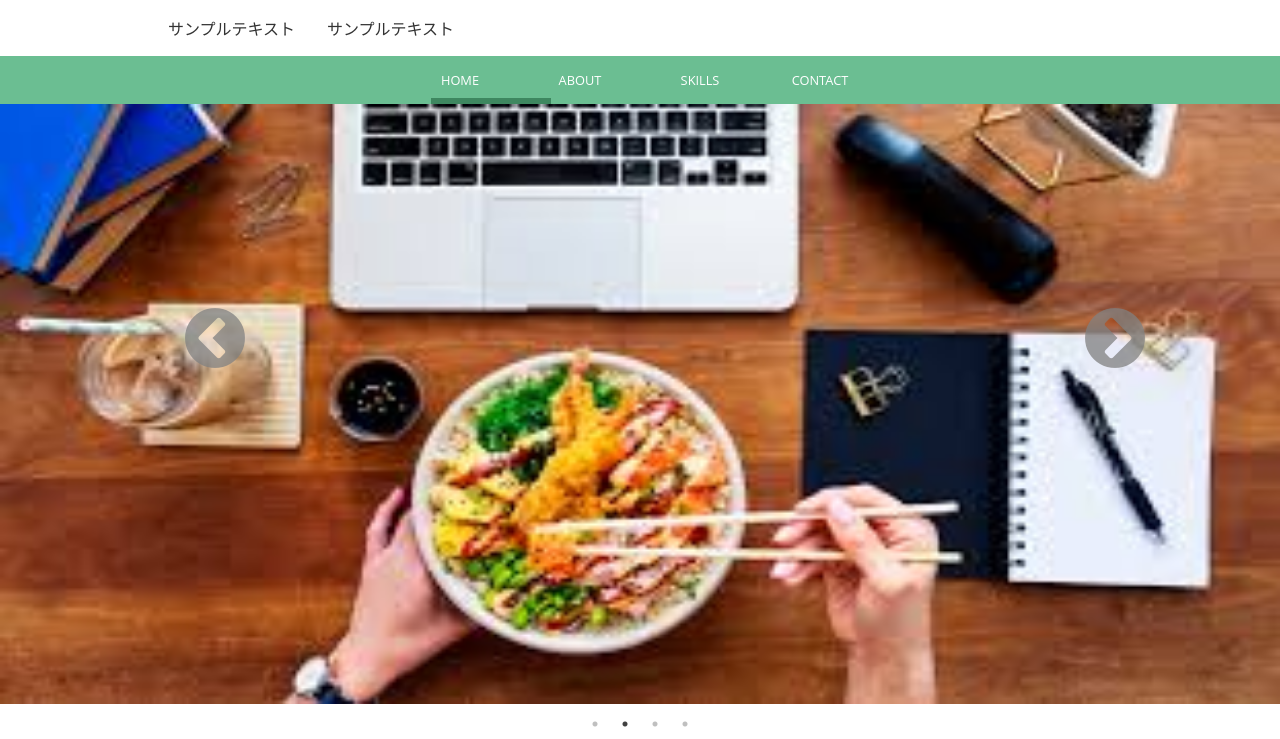
Repository: naotarian/bcc-service
Page: http://localhost/
The author's editor kept a record of every edit. The page is drawn from the files as they stood at one moment, then again after the next edit.
The browser window is 1280 px wide. The pictures show the whole page.
The page is served by the project's Laravel application, run on PHP 8.4 with Laravel 8. Other server files are loaded and not shown. Style sheets and scripts are compiled from the project's sources, by tool versions that may differ from the author's.

Above is the page before.

### routes/web.php
<?php

use Illuminate\Support\Facades\Route;
use App\Http\Controllers\DynamicController;
/*
|--------------------------------------------------------------------------
| Web Routes
|--------------------------------------------------------------------------
|
| Here is where you can register web routes for your application. These
| routes are loaded by the RouteServiceProvider within a group which
| contains the "web" middleware group. Now create something great!
|
*/

// Route::get('/', function () {
//     return view('welcome');
// });
Route::get('/', [DynamicController::class, 'index']);

### app/Http/Controllers/DynamicController.php
<?php

namespace App\Http\Controllers;

use Illuminate\Http\Request;

class DynamicController extends Controller
{
    public function index() {
        return view('index');
    }
}

### resources/views/index.blade.php
<!DOCTYPE html>
<html lang="en">
<head>
    <meta charset="UTF-8">
    <meta name="viewport" content="width=device-width, initial-scale=1.0">
    <link href="{{ asset('/css/style.css') }}" rel="stylesheet">
    <link href="/css/slider.css" rel="stylesheet">
    <link href="/css/slick/slick-theme.css" rel="stylesheet">
    <link href="/css/slick/slick.css" rel="stylesheet">
    <title>Document</title>
</head>
<body>
    @include('template.header')
    <ul class="slider">
      <li><img src="/images/pc/top/deli.jpeg"></li>
      <li><img src="/images/pc/top/hell.jpeg"></li>
      <li><img src="/images/pc/top/deli.jpeg"></li>
      <li><img src="/images/pc/top/hell.jpeg"></li>
    </ul>
    <script src="https://ajax.googleapis.com/ajax/libs/jquery/3.6.0/jquery.min.js"></script>
    <script src="js/slick.js"></script>
    <script>
        $(document).ready(function(){
          $('.slider').slick({
          dots: true,
          autoplay: true,
          });
        });
    </script>
</body>
</html>

### resources/views/template/header.blade.php
<!DOCTYPE html>
<html lang="en">
<head>
    <meta charset="UTF-8">
    <meta name="viewport" content="width=device-width, initial-scale=1.0">
    <link href="{{ asset('/css/style.css') }}" rel="stylesheet">
    <title>Document</title>
</head>
<body>
  <div class="pconly">
    <div class="over_header">
        <ul>
            <li>サンプルテキスト</li>
            <li>サンプルテキスト</li>
        </ul>
    </div>
    <nav>
      <ul id="main">
        <li>Home</li>
        <li>About</li>
        <li>Skills
          <ul class="drop">
            <div>
            <li>scss</li>
            <li>jquery</li>
            <li>html</li>
            </div>
          </ul>
        </li>
        <li>Contact</li>
        <div id="marker"></div>
      </ul>
    </nav>
  </div>

  <div class="sponly">
    <div class="header_sp">

    </div>
    <div class="el_humburger"><!--ハンバーガーボタン-->
      <div class="el_humburger_wrapper">
        <span class="el_humburger_bar top"></span>
        <span class="el_humburger_bar middle"></span>
        <span class="el_humburger_bar bottom"></span>
      </div>
    </div>

    <header class="navi">
      <div class="navi_inner">
   {{--
        <div class="navi_item js_openParent"><a href="">WORKS</a>
            <div class="el_spChildNavOpen js_openSwitch">
              <div class="el_spChildNavOpen_wrapper"></div>
            </div>
            <div class="nav_child js_openTarget">
              <div class="nav_child_item">
                <a class="hp_coverLink" href=""></a>
                WORKSの子ページ
              </div>
              <div class="nav_child_item">
                <a class="hp_coverLink" href=""></a>
                WORKSの子ページ
              </div>
              <div class="nav_child_item">
                <a class="hp_coverLink" href=""></a>
                WORKSの子ページ
              </div>
              <div class="nav_child_item">
                <a class="hp_coverLink" href=""></a>
                WORKSの子ページ
              </div>
              <div class="nav_child_item">
                <a class="hp_coverLink" href=""></a>
                WORKSの子ページ
              </div>
            </div>
            <div class="bl_nav_item_spToggle"></div>
        </div>
        --}}
        <div class="navi_item"><a href="">TOP</a></div>
        <div class="navi_item"><a href="">ご利用の流れ</a></div>
        <div class="navi_item js_openParent"><a href="">お申し込み</a>
            <div class="el_spChildNavOpen js_openSwitch">
              <div class="el_spChildNavOpen_wrapper"></div>
            </div>
            <div class="nav_child js_openTarget">
              <div class="nav_child_item">
                <a href=""></a>
                scss
              </div>
              <div class="nav_child_item">
                <a href=""></a>
                jquery
              </div>
              <div class="nav_child_item">
                <a href=""></a>
                html
              </div>
            </div>
            <div class="bl_nav_item_spToggle"></div>
        </div>
        <div class="navi_item"><a href="">よくある質問</a></div>
        <div class="navi_item"><a href="">お問い合わせ</a></div>
      </div>
    </div>
  </header>
<!--CDNでjQuery読み込む-->
<script
src="https://code.jquery.com/jquery-2.2.4.min.js"
integrity="sha256-BbhdlvQf/xTY9gja0Dq3HiwQF8LaCRTXxZKRutelT44="
crossorigin="anonymous"></script>
</body>
</html>

<script>
  var navigationOpenFlag = false;
var navButtonFlag = true;
var focusFlag = false;

//toggle
$(function(){
  $(document).on('click','.js_openSwitch',function(){
    $(this).parent('.js_openParent').find(' > .js_openTarget').slideToggle("fast");
    $(this).parent('.js_openParent').toggleClass('js_fire');
  });
});

//ハンバーガーメニュー
    $(function(){

      $(document).on('click','.el_humburger',function(){
        if(navButtonFlag){
          spNavInOut.switch();
          //一時的にボタンを押せなくする
          setTimeout(function(){
            navButtonFlag = true;
          },200);
          navButtonFlag = false;
        }
      });
      $(document).on('click touchend', function(event) {
        if (!$(event.target).closest('.navi,.el_humburger').length && $('body').hasClass('js_humburgerOpen') && focusFlag) {
          focusFlag = false;
          //scrollBlocker(false);
          spNavInOut.switch();
        }
      });
    });

//ナビ開く処理
function spNavIn(){
  $('body').removeClass('js_humburgerClose');
  $('body').addClass('js_humburgerOpen');
  setTimeout(function(){
    focusFlag = true;
  },200);
  setTimeout(function(){
    navigationOpenFlag = true;
  },200);
}

//ナビ閉じる処理
function spNavOut(){
  $('body').removeClass('js_humburgerOpen');
  $('body').addClass('js_humburgerClose');
  setTimeout(function(){
    $(".uq_spNavi").removeClass("js_appear");
    focusFlag = false;
  },200);
  navigationOpenFlag = false;
}

//ナビ開閉コントロール
var spNavInOut = {
  switch:function(){
    if($('body.spNavFreez').length){
      return false;
    }
    if($('body').hasClass('js_humburgerOpen')){
     spNavOut();
    } else {
     spNavIn();
    }
  }
};
</script>

### public/css/slider.css
.slider {
    width: 1024px;
    margin: 50px auto;
}
@media screen and (max-width: 767px) {
    .slider {
        width: 280PX;
        margin: 50px auto;
        padding: 0;
    }
    .slider li img {
        width: 375px;
    }
}

### public/css/slick/slick.css
/* Slider */
.slick-slider
{
    position: relative;
    width: 100%;
    margin: 0;
    padding: 0;
    display: block;
    box-sizing: border-box;

    -webkit-user-select: none;
       -moz-user-select: none;
        -ms-user-select: none;
            user-select: none;

    -webkit-touch-callout: none;
    -khtml-user-select: none;
    -ms-touch-action: pan-y;
        touch-action: pan-y;
    -webkit-tap-highlight-color: transparent;
}

.slick-list
{
    position: relative;

    display: block;
    overflow: hidden;

    margin: 0;
    padding: 0;
}
.slick-list:focus
{
    outline: none;
}
.slick-list.dragging
{
    cursor: pointer;
    cursor: hand;
}

.slick-slider .slick-track,
.slick-slider .slick-list
{
    -webkit-transform: translate3d(0, 0, 0);
       -moz-transform: translate3d(0, 0, 0);
        -ms-transform: translate3d(0, 0, 0);
         -o-transform: translate3d(0, 0, 0);
            transform: translate3d(0, 0, 0);
}

.slick-track
{
    position: relative;
    top: 0;
    left: 0;

    display: block;
    margin-left: auto;
    margin-right: auto;
}
.slick-track:before,
.slick-track:after
{
    display: table;

    content: '';
}
.slick-track:after
{
    clear: both;
}
.slick-loading .slick-track
{
    visibility: hidden;
}

.slick-slide
{
    display: none;
    float: left;

    height: 100%;
    min-height: 1px;
}
[dir='rtl'] .slick-slide
{
    float: right;
}
.slick-slide img
{
    display: block;
    width: 100%;
    max-height: 600px;
}
.slick-slide.slick-loading img
{
    display: none;
}
.slick-slide.dragging img
{
    pointer-events: none;
}
.slick-initialized .slick-slide
{
    display: block;
}
.slick-loading .slick-slide
{
    visibility: hidden;
}
.slick-vertical .slick-slide
{
    display: block;

    height: auto;

    border: 1px solid transparent;
}
.slick-arrow.slick-hidden {
    display: none;
}

### resources/sass/style.scss
$min-width: 120px;
$maincolor: #6BBE92;
$secondarycolor: #3E8760;

@mixin transform($value){
  -webkit-transform: ($value);
     -moz-transform: ($value);
      -ms-transform: ($value);
          transform: ($value);
}
@mixin transition($value){
  -webkit-transition: ($value);
     -moz-transition: ($value);
      -ms-transition: ($value);
          transition: ($value);
}

*{
  box-sizing: border-box;
}
body{
  font-family: 'Open Sans', sans-serif;
  background: #FFF;
  color: white;
  text-align: center;
  padding: 0;
  margin: 0;
}

#main{
  position: relative;
  list-style: none;
  background: $maincolor;
  font-weight: 400;
  font-size: 0;
  text-transform: uppercase;
  display: inline-block;
  padding: 0;
  margin: 0 auto;
  width: 100%;
  li{
    font-size: 0.8rem;
    display: inline-block;
    position: relative;
    padding: 15px 20px;
    cursor: pointer;
    z-index: 5;
    min-width: $min-width;
  }
}
li{
  margin: 0;
}
.drop{
    overflow: hidden;
    list-style: none;
    position: absolute;
    padding: 0;
    width: 100%;
    left: 0;
    top: 48px;
    div{
      @include transform(translate(0,-100%));
      @include transition(all 0.5s 0.1s);
      position: relative;
    }
    li{
      display:block;
      padding: 0;
      width: 100%;
      background: $secondarycolor !important;
    }
  }
#marker{
  height: 6px;
  background: $secondarycolor !important;
  position: absolute;
  bottom: 0;
  width: $min-width;
  z-index: 2;
  left: 33.7%;
  @include transition(all 0.35s);
}
.over_header {
    display: flex;
    margin: 0 auto;
    max-width: 1024px;
    ul {
        display: flex;
        justify-content: space-between;
        li {
            color: #333;
            list-style: none;
            margin-right: 2rem;

        }
    }

}

@for $i from 1 through 4{
  #main li:nth-child(#{$i}){
    &:hover ul div{
     @include transform(translate(0,0));
    }
    &:hover ~ #marker{
      @include transform(translate(#{(-1+$i)*$min-width},0));
    }
  }
}

$pc: 1024px; // PC
$sp: 767px;  // スマホ


  @media (min-width: ($pc)) {
    .sponly {
      display: none;
    }
  }
  @media only screen and (max-width: 640px) {
  .pconly {
    display: none;
  }
}
  //ここからスマホのメニュー

  a{
  color: #040404;
  text-decoration: none;
}
.mainView{
  width: 100vw;
  height: 100vh;
}
/*ハンバーガーボタン*/
.el_humburger {
  position: fixed;
  top: 45px;
  right: 60px;
  width: 46px;
  height: 25px;
  padding-top: 1px;
  -webkit-box-sizing: border-box;
  box-sizing: border-box;
  padding-top: 0px;
  z-index: 20;
  cursor: pointer;
  pointer-events: auto;
  color: #000;
  text-align: center;}

@media screen and (max-width: 840px) {
  .el_humburger {
    display: block;
    right: 0;
    top: 0;
    padding-top: 20px;
    width: 70px;
    height: 70px;}
    #factory .el_humburger {
      display: none; } }

.el_humburger_wrapper {
  margin-bottom: 5px;
  width: 42px;
  display: inline-block; }

@media screen and (max-width: 840px) {
  .el_humburger_wrapper {
    margin-bottom: 5px;
    width: 30px; } }

.el_humburger_text {
  font-size: 12px;
  letter-spacing: 0.1em;
  font-family: "游ゴシック Medium", YuGothic, "Yu Gothic", "ヒラギノ角ゴ Pro", "Hiragino Kaku Gothic Pro", "メイリオ", Meiryo, sans-serif; }

.js_humburgerOpen .el_humburger_text.el_humburger_text__menu {
  display: none; }

.el_humburger_text.el_humburger_text__close {
  display: none; }

.js_humburgerOpen .el_humburger_text.el_humburger_text__close {
  display: block; }

@media screen and (max-width: 840px) {
  .el_humburger_text {
    font-size: 10px;
    padding-top: 2px; } }

@media screen and (max-width: 840px) {
  .el_humburger_text svg path {
    -webkit-transition: all 200ms cubic-bezier(0.16, 0.52, 0.25, 1);
    -o-transition: all 200ms cubic-bezier(0.16, 0.52, 0.25, 1);
    transition: all 200ms cubic-bezier(0.16, 0.52, 0.25, 1);
    fill: #000; } }

@media screen and (max-width: 840px) {
  .js_humburgerOpen .el_humburger_text svg path {
    fill: #000; } }

.el_humburger span.el_humburger_bar {
  display: block;
  width: 100%;
  margin: 0 auto 9px;
  height: 1px;
  background: #000;
  -webkit-transition: all .2s ease-in-out;
  -o-transition: all .2s ease-in-out;
  transition: all .2s ease-in-out; }

.el_humburger span.el_humburger_bar:last-child {
  margin-bottom: 0; }

.js_humburgerOpen .el_humburger span.el_humburger_bar {
  background: #000; }

@media screen and (max-width: 840px) {
  .el_humburger span.el_humburger_bar {
    left: 0;
    top: 0;
    background: #000; } }

.js_humburgerOpen .el_humburger span.el_humburger_bar.top {
  -webkit-transform: translateY(9px) rotate(-45deg);
  -ms-transform: translateY(9px) rotate(-45deg);
  transform: translateY(9px) rotate(-45deg); }

.js_humburgerOpen .el_humburger span.el_humburger_bar.middle {
  opacity: 0; }

.js_humburgerOpen .el_humburger span.el_humburger_bar.bottom {
  -webkit-transform: translateY(-11px) rotate(45deg);
  -ms-transform: translateY(-11px) rotate(45deg);
  transform: translateY(-11px) rotate(45deg); }

.el_humburgerButton.el_humburgerButton__close {
  top: 2%;
  right: 2%; }

.el_humburgerButton__close span.el_humburger_bar {
  display: block;
  width: 35px;
  margin: 0 auto;
  height: 4px;
  background: #000; }

.el_humburgerButton__close span.el_humburger_bar.top {
  -webkit-transform: translateY(5px) rotate(-45deg);
  -ms-transform: translateY(5px) rotate(-45deg);
  transform: translateY(5px) rotate(-45deg); }

.el_humburgerButton__close span.el_humburger_bar.bottom {
  -webkit-transform: translateY(-6px) rotate(45deg);
  -ms-transform: translateY(-6px) rotate(45deg);
  transform: translateY(-6px) rotate(45deg); }

.navi {
  position: fixed;
  right: 0;
  height: 100%;
  background-color: rgba(255, 255, 255, 0.9);
  width: 450px;
  z-index: 3;
  padding-top: 100px;
  -webkit-box-sizing: border-box;
  box-sizing: border-box;
  -webkit-transition: all 600ms ease-out;
  -o-transition: all 600ms ease-out;
  transition: all 600ms ease-out;
  transform:translateZ(0) translateX(100%);
  overflow: auto; }
  .js_humburgerOpen .navi {
    transform:translateZ(0) translateX(0); }
    @media screen and (max-width: 840px) {
      .navi {
        padding: 100px 5% 0; }
      .js_humburgerOpen .navi {
        width: 100%;} }

.navi_item {
  position:relative;
  margin-bottom: 28px;
  font-size: 20px;
  font-family: "Marcellus", serif !important;
  white-space: nowrap;
  margin-left: 90px; }
  .navi_item.op_innerLink {
    cursor: pointer; }
  @media screen and (max-width: 840px) {
    .navi_item {
      margin-left: 0;
      font-size: 18px; } }



.el_spChildNavOpen {
  position: absolute;
  top: -6px;
  left: 80%;
  z-index: 20;
  -webkit-transition: all 200ms ease-out;
  -o-transition: all 200ms ease-out;
  transition: all 200ms ease-out;
  -webkit-transform-origin: center;
  -ms-transform-origin: center;
  transform-origin: center;
  padding: 10px; }

.js_openParent.js_fire > .el_spChildNavOpen {
  -webkit-transform: rotate(180deg);
  -ms-transform: rotate(180deg);
  transform: rotate(180deg); }
  .js_openParent.js_fire > .el_spChildNavOpen > .el_spChildNavOpen_wrapper:after {
    -webkit-transform: rotate(90deg);
    -ms-transform: rotate(90deg);
    transform: rotate(90deg);
    opacity: 0; }

.el_spChildNavOpen_wrapper {
  position: relative;
  width: 15px;
  height: 15px;
  -webkit-transition: all 200ms ease-out;
  -o-transition: all 200ms ease-out;
  transition: all 200ms ease-out;
  -webkit-transform-origin: center;
  -ms-transform-origin: center;
  transform-origin: center; }
  .el_spChildNavOpen_wrapper:before {
    content: "";
    width: 100%;
    height: 1px;
    background-color: #111;
    position: absolute;
    top: calc(50% - 1px); }
  .el_spChildNavOpen_wrapper:after {
    content: "";
    width: 1px;
    height: 100%;
    background-color: #111;
    position: absolute;
    left: calc(50% - 1px);
    -webkit-transition: all 200ms ease-out;
    -o-transition: all 200ms ease-out;
    transition: all 200ms ease-out; }


.nav_child{
  padding-top:20px;
}

.nav_child_item{
  position: relative;
  font-size:16px;
  padding-left:20px;
  margin-bottom:10px;
}

.nav_child_item > a{
  position:absolute;
  left:0;
  right:0;
  bottom:0;
  top:0;
}

.nav_child_item:last-child{
  margin-bottom:0px;
}

.js_openSwitch {
  cursor: pointer; }

.js_openTarget {
  display: none; }
  //btn
  .btn {
    background: red;
    padding: 1rem;
  }

  //item_register
  #item_register {
    dt{
      float: left;
    }

    dd{
      margin-left: 250px;
    }
  }

Loaded but not shown: app/Http/Controllers/Controller.php (common file); public/css/slick/slick-theme.css (library); public/js/slick.js (library)

After the next edit:
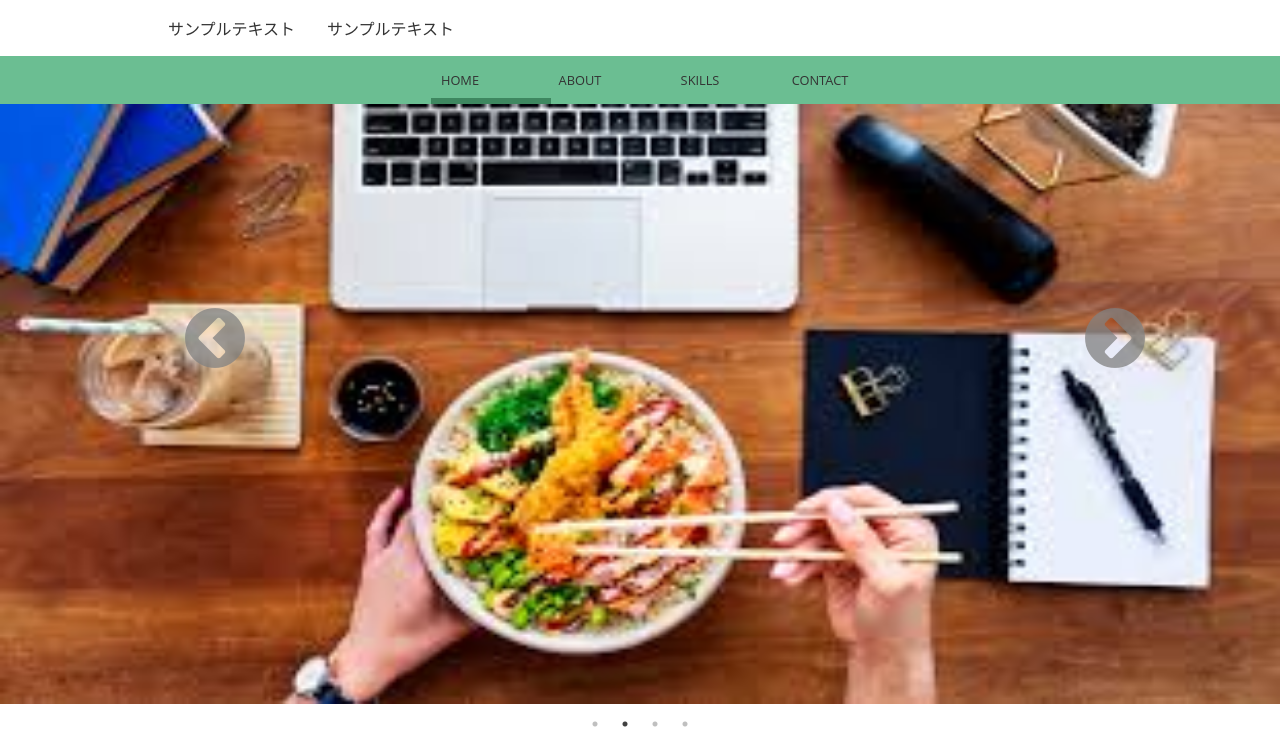
The edit:
--- a/resources/sass/style.scss
+++ b/resources/sass/style.scss
@@ -21,7 +21,7 @@
 body{
   font-family: 'Open Sans', sans-serif;
   background: #FFF;
-  color: white;
+  color: #333;
   text-align: center;
   padding: 0;
   margin: 0;
